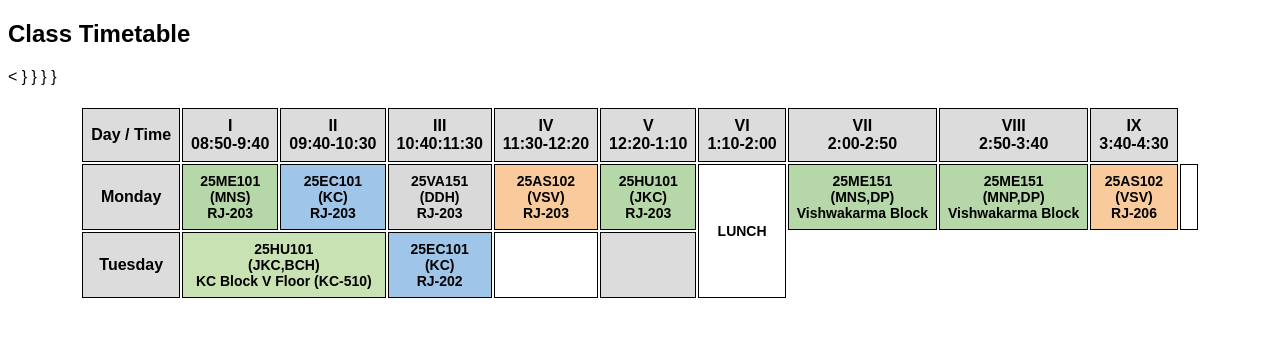
Repository: Glory998/ELCE1-32
Page: experiment3.html
These files come from the project's save history. The page is drawn as it stood at one moment and after the next save; the edit follows.
The browser window is 1280 px wide. The pictures show the whole page.

Above is the page before, as saved 2025-10-23 19:57:17.

### experiment3.html
<!DOCTYPE html>
<html lang="en">
    <head>
        <meta charset="UTF"-8>
        <meta name="viewport"
        content="width=device-width,
        initial-scale=1.0">
        <title>Class Timetable</title>
        <style>
            body {
                font-family: Arial, sans-serif;
                text-align: center
                background-color: #f9f9f9;
            }
            table {
                width: 100%
                border-collapse: collapse;
            margin: 20px auto;
            }
            th, td {
                border: 1px solid #000;
                padding: 8px;
                text-align: center;
            }
            th {
                background-color: #dcdcdc;
            }
            td {
                font-size: 14px;
                font-weight: bold;
            }
            /* Subject Color */
            .green { background-color:
                #b6d7a8; }  /* MNS */
                .blue { background-color:
                    #9fc5e8; }  /* KC */
                    .orange {  background-color:
            #f9cb9c; }  /* VSV */
            .yellow { background-color:
                #fff200; }  /* NS */
                .lightgreen { background-color:
                    #c9e2b3; }  /* Mentor/mentee */
                    .grey { background-color:
                        #d9d9d9; }  /* DDH */
                        .cream { background-color:
                            #fff2cc; }  /* AKS */
                            .lightblue { background-color:
                                #a2c4c9; }  /* Lab blocks */
                                </style>
                                </head>
                                <body>

                                    <h2>Class Timetable</h2>

                                    <table>
                                        <tr>
                                            <th>Day / Time</th>
                                            <th>I<br>08:50-9:40</th>
                                            <th>II<br>09:40-10:30</th>
                                            <th>III<br>10:40:11:30</th>
                                            <th>IV<br>11:30-12:20</th>
                                            <th>V<br>12:20-1:10</th>
                                            <th>VI<br>1:10-2:00</th>
                                            <th>VII<br>2:00-2:50</th>
                                            <th>VIII<br>2:50-3:40</th>
                                            <th>IX<br>3:40-4:30</th>
                                            </tr>

                                            <tr>
                                                <th>Monday</th>
                                                <td
                                                class="green">25ME101<br>(MNS)<br>RJ-203</td>
                                                <td
                                                class="blue">25EC101<br>(KC)<br>RJ-203</td>
                                                <td
                                                class="grey">25VA151<br>(DDH)<br>RJ-203</td>
                                                <td
                                                class="orange">25AS102<br>(VSV)<br>RJ-203</td>
                                                <td
                                                class="green">25HU101<br>(JKC)<br>RJ-203</td>
                                                <td rowspan="5">LUNCH</td>
                                                <td
                                                class="green">25ME151<br>(MNS,DP)<br>Vishwakarma Block</td>
                                                <td
                                                class="green">25ME151<br>(MNP,DP)<br>Vishwakarma Block</td>
                                                <td
                                                class="orange">25AS102<br>(VSV)<br>RJ-206</td>
                                                <td></td>
                                                </tr>
                                                <th>Tuesday</th>
                                                <td colspan="2"
                                                class="lightgreen">25HU101<br>(JKC,BCH)<br>KC Block V Floor (KC-510)</td>
                                                <td
                                                class="blue">25EC101<br>(KC)<br>RJ-202</td>
                                                <td


                                                <tr>
                                                    <th
                                                </tr>


</td>                                        </tr>
                                    <
                                </body>
            }
            }

            }


            }

        </style>

    </head>
</html>

After the next save:
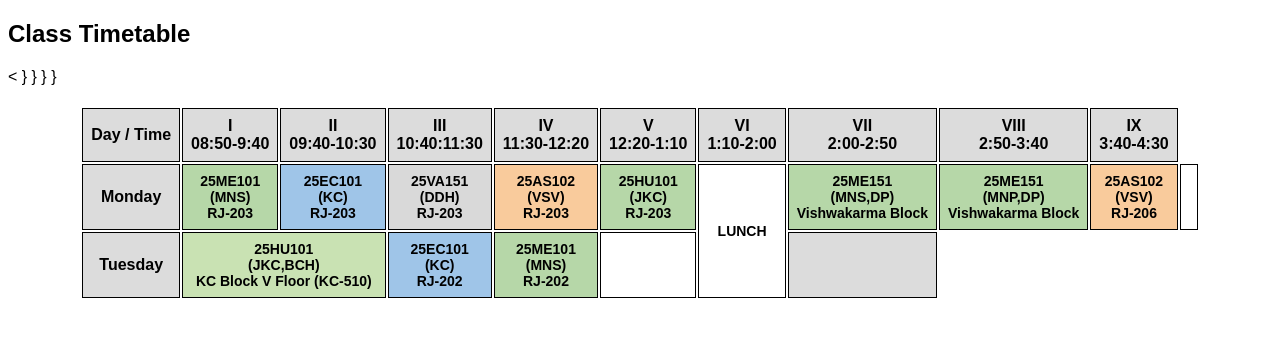
Saved 2 min 38 s later.
--- a/experiment3.html
+++ b/experiment3.html
@@ -93,6 +93,8 @@
                                                 <td
                                                 class="blue">25EC101<br>(KC)<br>RJ-202</td>
                                                 <td
+                                                class="green">25ME101<br>(MNS)<br>RJ-202</td>
+                                                <td
 
 
                                                 <tr>
